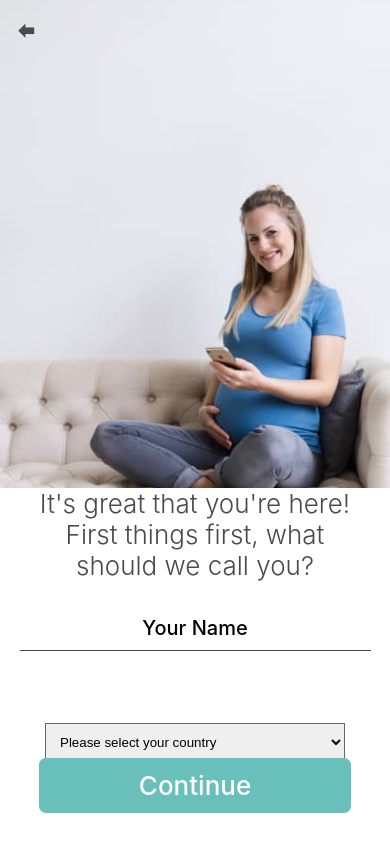
Repository: pheonixlegend/keleya
Screen: /Name
The author's editor kept a copy of each file at every save. The screen is drawn from the files as they stood at one save, then again after the next save.
The app was drawn by React Native's web renderer in a window 390 px wide. The project was rebuilt for these pictures with package versions that can differ from the ones it lists, and the page was loaded fresh each time. Also part of the build but not shown: components/ImageHeader.tsx, components/LoginSignupDetails.tsx, screens/SignUp.tsx, screens/SignIn.tsx, screens/Date.tsx, screens/Workout.tsx, screens/Success.tsx.

Above is the screen before, as saved 2021-10-10 14:24:15.

After the next save:
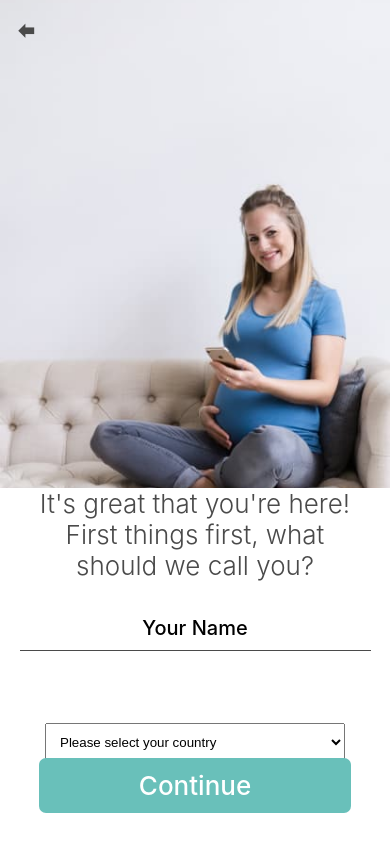
Saved 20 s later.
--- a/components/NameTimeDetails.tsx
+++ b/components/NameTimeDetails.tsx
@@ -148,8 +148,6 @@ const styles = StyleSheet.create({
     marginVertical: 30,
     width: 300,
     padding: 10,
-    borderWidth: 1,
-    borderColor: "#666",
   }
 });
 
